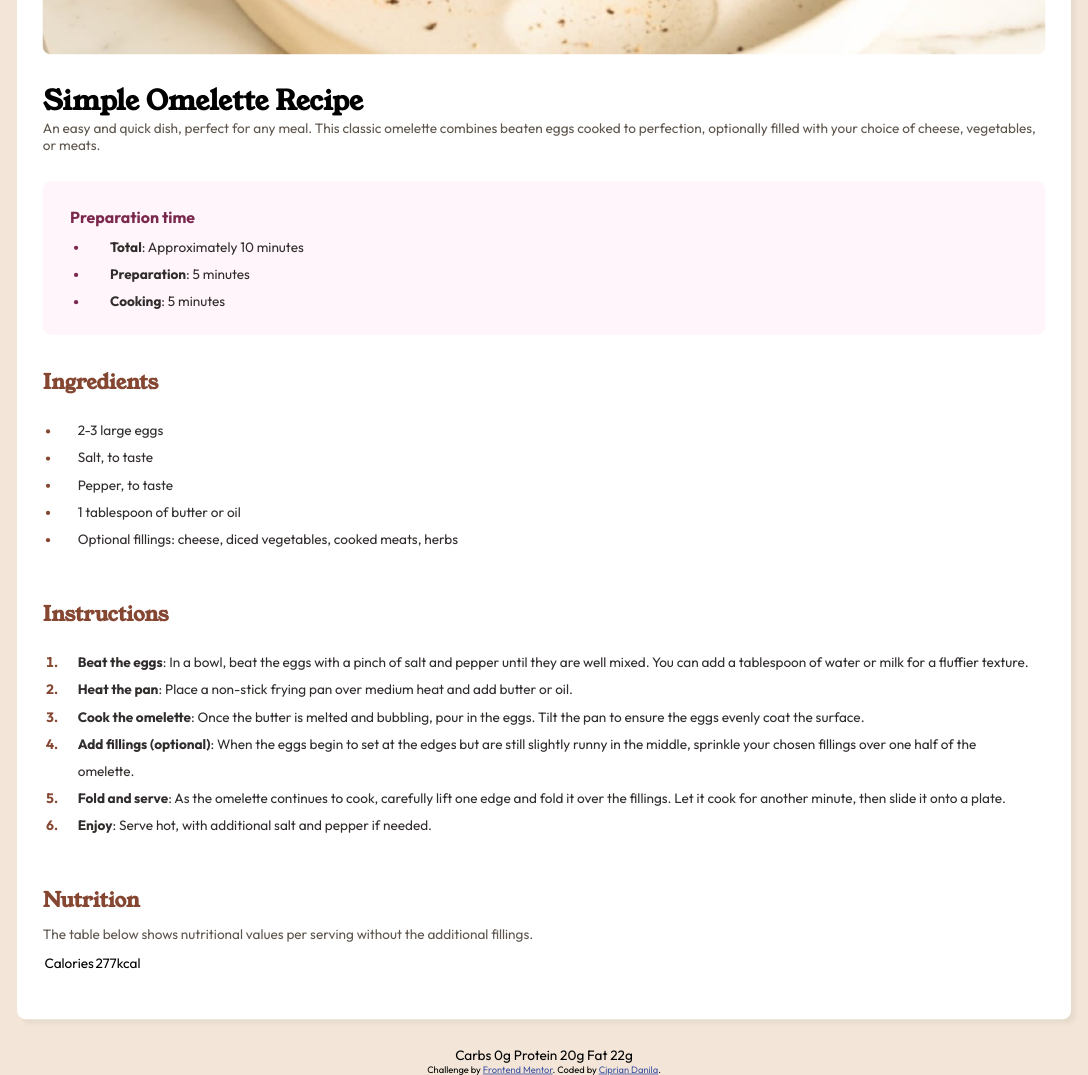
Repository: cipdanila/recipe-page
Page: index.html
An editor plug-in stored every save of this project. The page is shown before and after the next save, followed by the edit.
The browser window is 1280 px wide. The pictures show the whole page, at 85% of full size.

Above is the page before, as saved 2024-01-21 20:24:16.

After the next save:
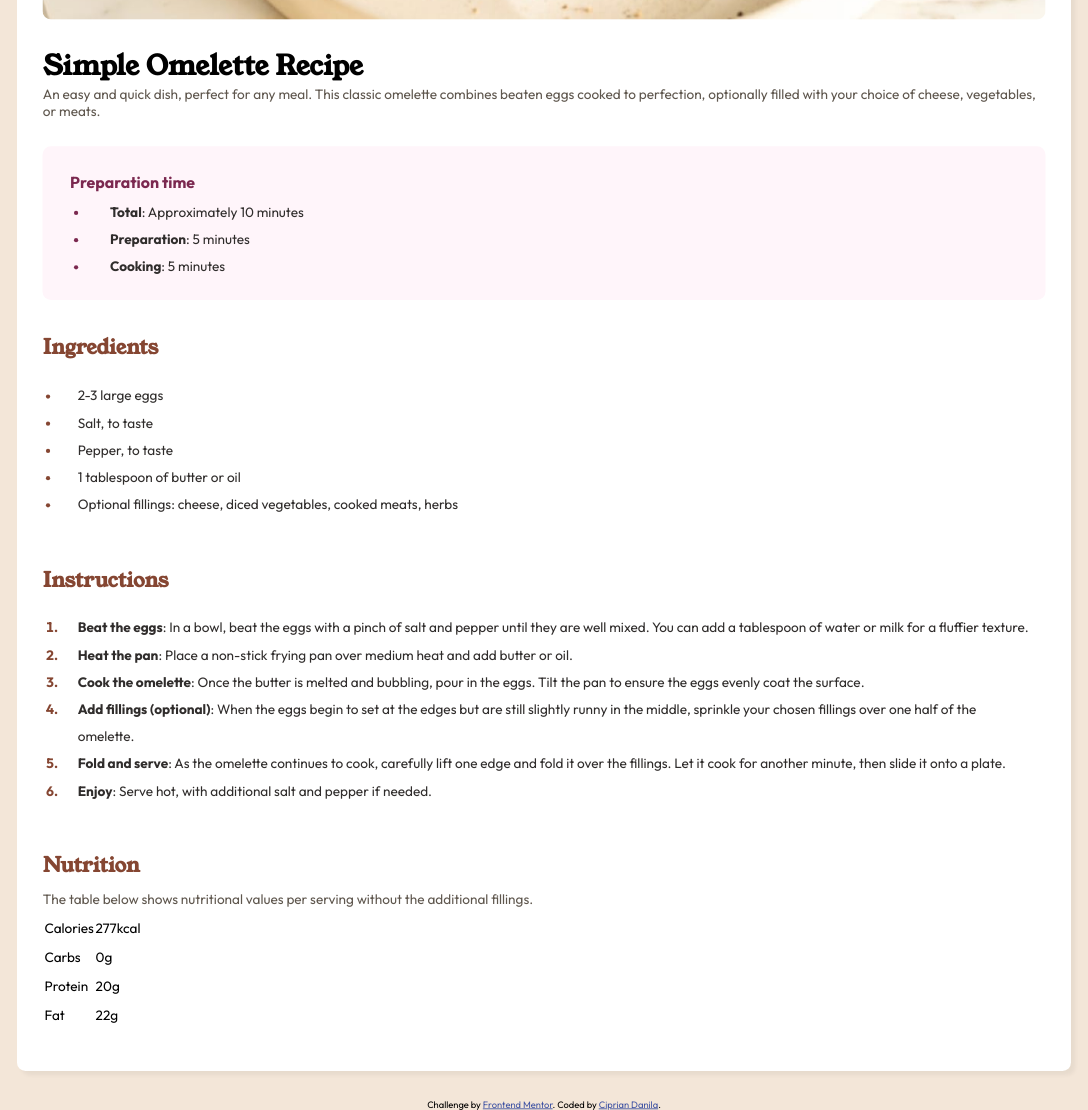
Saved 56 s later.
--- a/index.html
+++ b/index.html
@@ -73,13 +73,23 @@
                         <td>Calories</td>
                         <td>277kcal</td>
                       </tr>
+                      <tr>
+                        <td>Carbs</td>
+                        <td>0g</td>
+                      </tr>
+                      <tr>
+                        <td>Protein</td>
+                        <td>20g</td>
+                      </tr>
+                      <tr>
+                        <td>Fat</td>
+                        <td>22g</td>
+                      </tr>
                     </table>
                 </div>
                 <hr />
             </div>
         </main>
-
-          Carbs 0g Protein 20g Fat 22g
         <footer>
             <div class="attribution">
                 Challenge by
